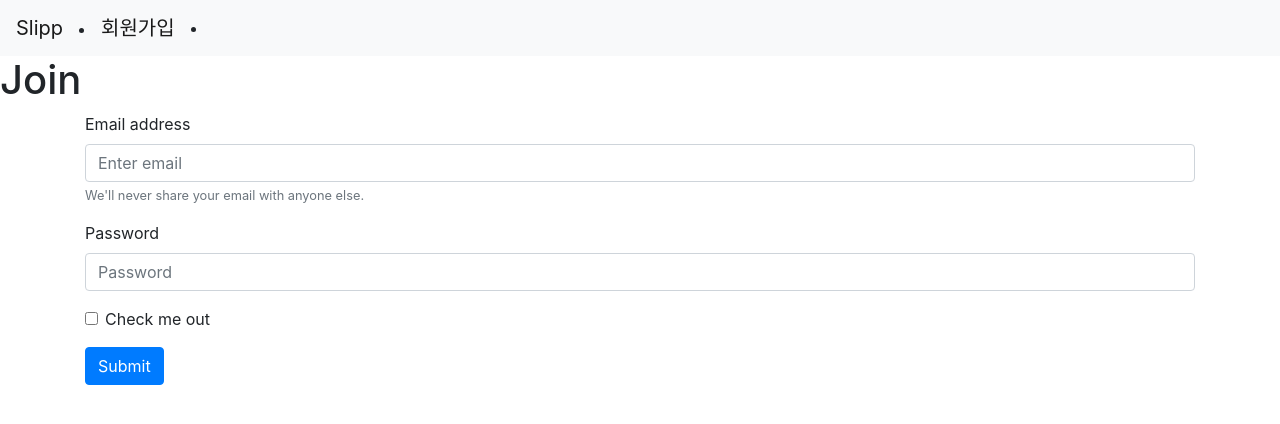
Repository: moonseoklee/SpringbootEx2
Page: my-slipp/src/main/resources/static/form.html
These files come from the project's save history. The page is drawn as it stood at one moment and after the next save; the edit follows.
The browser window is 1280 px wide. The pictures show the whole page.

Above is the page before, as saved 2019-08-08 07:15:32.

### my-slipp/src/main/resources/static/form.html
<!doctype html>
<html lang="en">
  <head>
    <!-- Required meta tags -->
    <meta charset="utf-8">
    <meta name="viewport" content="width=device-width, initial-scale=1, shrink-to-fit=no">

    <!-- Bootstrap CSS -->
    <link rel="stylesheet" href="https://stackpath.bootstrapcdn.com/bootstrap/4.3.1/css/bootstrap.min.css" integrity="sha384-ggOyR0iXCbMQv3Xipma34MD+dH/1fQ784/j6cY/iJTQUOhcWr7x9JvoRxT2MZw1T" crossorigin="anonymous">

    <title>Hello, world!</title>
  </head>
  <body>
  <nav class="navbar navbar-expand-lg navbar-light bg-light">
	  <a class="navbar-brand" href="#">Slipp</a>

   	<div class="collapse navbar-collapse" id="navbarSupportedContent">
	    <li><a class="navbar-brand" href="/form.html">회원가입</a><li>
  	</div>
  </nav>
    <h1>Join</h1>
    <div class="container">
	<form>
  <div class="form-group">
    <label for="exampleInputEmail1">Email address</label>
    <input type="email" class="form-control" id="exampleInputEmail1" aria-describedby="emailHelp" placeholder="Enter email">
    <small id="emailHelp" class="form-text text-muted">We'll never share your email with anyone else.</small>
  </div>
  <div class="form-group">
    <label for="exampleInputPassword1">Password</label>
    <input type="password" class="form-control" id="exampleInputPassword1" placeholder="Password">
  </div>
  <div class="form-group form-check">
    <input type="checkbox" class="form-check-input" id="exampleCheck1">
    <label class="form-check-label" for="exampleCheck1">Check me out</label>
  </div>
  <button type="submit" class="btn btn-primary">Submit</button>
</form>
</div>
    <!-- Optional JavaScript -->
    <!-- jQuery first, then Popper.js, then Bootstrap JS -->
    <script src="https://code.jquery.com/jquery-3.3.1.slim.min.js" integrity="sha384-q8i/X+965DzO0rT7abK41JStQIAqVgRVzpbzo5smXKp4YfRvH+8abtTE1Pi6jizo" crossorigin="anonymous"></script>
    <script src="https://cdnjs.cloudflare.com/ajax/libs/popper.js/1.14.7/umd/popper.min.js" integrity="sha384-UO2eT0CpHqdSJQ6hJty5KVphtPhzWj9WO1clHTMGa3JDZwrnQq4sF86dIHNDz0W1" crossorigin="anonymous"></script>
    <script src="https://stackpath.bootstrapcdn.com/bootstrap/4.3.1/js/bootstrap.min.js" integrity="sha384-JjSmVgyd0p3pXB1rRibZUAYoIIy6OrQ6VrjIEaFf/nJGzIxFDsf4x0xIM+B07jRM" crossorigin="anonymous"></script>
  </body>
</html>

After the next save:
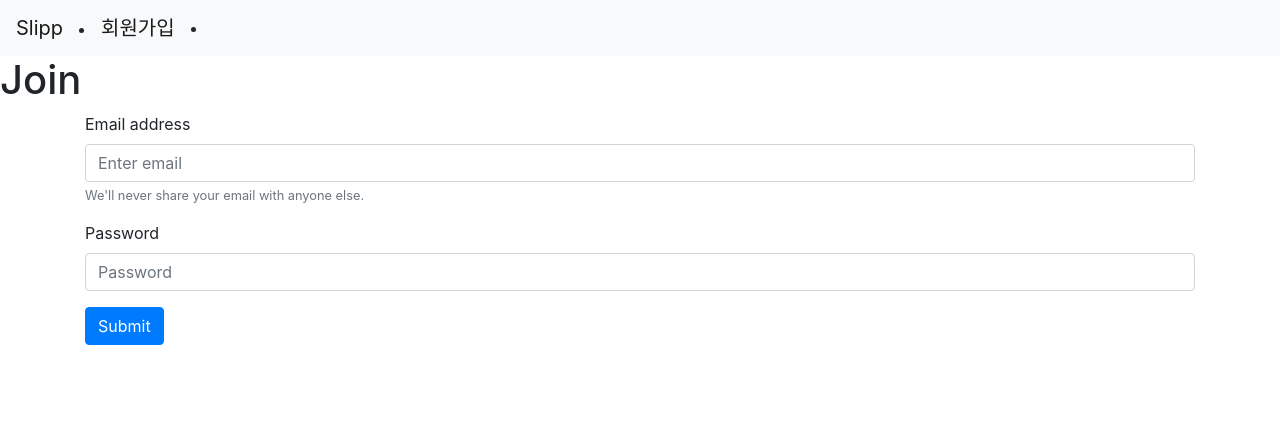
Saved 31 s later.
--- a/my-slipp/src/main/resources/static/form.html
+++ b/my-slipp/src/main/resources/static/form.html
@@ -30,10 +30,7 @@
     <label for="exampleInputPassword1">Password</label>
     <input type="password" class="form-control" id="exampleInputPassword1" placeholder="Password">
   </div>
-  <div class="form-group form-check">
-    <input type="checkbox" class="form-check-input" id="exampleCheck1">
-    <label class="form-check-label" for="exampleCheck1">Check me out</label>
-  </div>
+
   <button type="submit" class="btn btn-primary">Submit</button>
 </form>
 </div>
